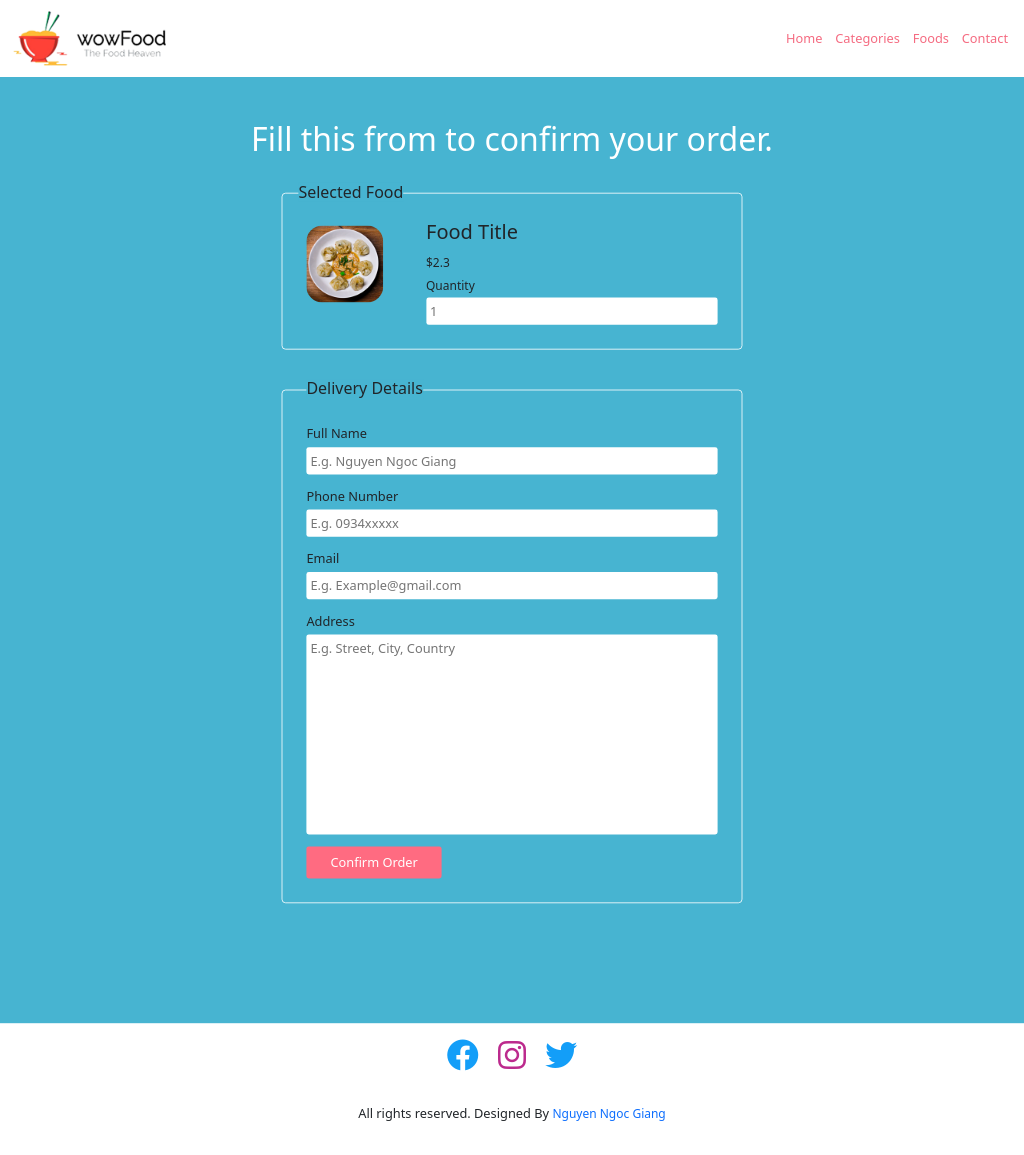
Repository: ruaruababa/RestaurantBS5
Page: http://localhost/html/order-momo.php
The author's editor kept a copy of each file at every save. The page is drawn from the files as they stood at one save, then again after the next save.
The browser window is 1280 px wide. The pictures show the whole page, at 80% of full size.
The page is run by PHP 8.4 with error messages shown; the project is at /var/www/html/.

Above is the page before, as saved 2021-09-26 22:00:05.

### html/order-momo.php
<!DOCTYPE html>
<html lang="en">

<head>
    <meta charset="UTF-8">
    <meta http-equiv="X-UA-Compatible" content="IE=edge">
    <meta name="viewport" content="width=device-width, initial-scale=1.0">

    <title>Order Momo</title>
    <link href="https://cdn.jsdelivr.net/npm/bootstrap@5.1.1/dist/css/bootstrap.min.css" rel="stylesheet"
        integrity="sha384-F3w7mX95PdgyTmZZMECAngseQB83DfGTowi0iMjiWaeVhAn4FJkqJByhZMI3AhiU" crossorigin="anonymous" />
    <link rel="stylesheet" href="https://cdn.jsdelivr.net/npm/bootstrap-icons@1.5.0/font/bootstrap-icons.css" />
    <link rel="stylesheet" href="https://cdnjs.cloudflare.com/ajax/libs/font-awesome/6.0.0-beta2/css/all.min.css"
        integrity="sha512-YWzhKL2whUzgiheMoBFwW8CKV4qpHQAEuvilg9FAn5VJUDwKZZxkJNuGM4XkWuk94WCrrwslk8yWNGmY1EduTA=="
        crossorigin="anonymous" referrerpolicy="no-referrer" />
    <link rel="stylesheet" href=/restaurantbs5/css/style.css />
</head>

<body>
    <!-- header -->
    <nav class="navbar navbar-expand-lg navbar-light bg-light nav-fixed">
        <div class="container-fluid">
            <a class="navbar-brand" href="#">
                <img src="/restaurantbs5/img/logo.png" alt="" />
            </a>
            <button class="navbar-toggler" type="button" data-bs-toggle="collapse"
                data-bs-target="#navbarSupportedContent" aria-controls="navbarSupportedContent" aria-expanded="false"
                aria-label="Toggle navigation">
                <span class="navbar-toggler-icon"></span>
            </button>
            <div class="collapse navbar-collapse" id="navbarSupportedContent">
                <ul class="navbar-nav">
                    <li class="nav-item">
                        <a class="nav-link active nav-link-fixed" aria-current="page" href="/html/index.php">Home</a>
                    </li>
                    <li class="nav-item">
                        <a class="nav-link active nav-link-fixed" aria-current="page" href="/html/categories.php">Categories</a>
                    </li>
                    <li class="nav-item">
                        <a class="nav-link active nav-link-fixed" aria-current="page" href="/html/foods.php">Foods</a>
                    </li>
                    <li class="nav-item">
                        <a class="nav-link active nav-link-fixed" aria-current="page" href="#">Contact</a>
                    </li>
                </ul>
            </div>
        </div>
    </nav>
    <!-- End header -->
    <!-- slider -->
    <div class="slider__order">
        <h3 class="slider__order-heading">Fill this from to confirm your order.</h3>
        <div class="container order">
            <div class="slider__order-selected">
                <h5 class="selected-heading" style="background-color: #47b4d1; display: inline-block;">Selected Food
                </h5>
                <div class="row">
                    <div class="col-lg-3 col-md-3 col-3">
                        <div class="selected__left">
                            <img src="/restaurantbs5/img/menu-momo.jpg" alt="" class="selected-img">
                        </div>
                    </div>
                    <div class="col-lg-9 col-md-9 col-9">
                        <div class="selected__right">
                            <h4 class="selected__right-title">Food Title</h4>
                            <span class="selected__right-price">$2.3</span>
                            <span class="selected__right-quantity">Quantity</span>
                            <input type="number" name="" required id="" placeholder="1" class="quantity-input">
                        </div>
                    </div>
                </div>
            </div>
            <div class="slider__order-delivery">
                <h5 class="delivery-heading">Delivery Details</h5>
                <form action class="deliverydetails">
                    <span class="delivery__title">Full Name</span>
                    <input type="text" name="" required id="" placeholder="E.g. Nguyen Ngoc Giang"
                        class="delivery-input">
                    <span class="delivery__title">Phone Number</span>
                    <input type="number" name="" required id="" placeholder="E.g. 0934xxxxx" class="delivery-input">
                    <span class="delivery__title">Email</span>
                    <input type="email" name="" required id="" placeholder="E.g. Example@gmail.com"
                        class="delivery-input">
                    <span class="delivery__title">Address</span>
                    <textarea name="" id="" cols="30" rows="10" name="" required id=""
                        placeholder="E.g. Street, City, Country" class="delivery-input"
                        style="resize: none;"></textarea>
                    <div>
                        <input type="submit" value="Confirm Order" class="confirm-btn">
                    </div>
                </form>
            </div>

        </div>
    </div>
    <!-- end-slider -->
    <!-- footer -->
    <div class="footer">
        <div class="footer__item">
            <a href="https://vi-vn.facebook.com/">
                <i class="footer__item-icon fab fa-facebook"></i>
            </a>
            <a href="">
                <i class="footer__item-icon2 fab fa-instagram"></i>
            </a>
            <a href="">
                <i class="footer__item-icon fab fa-twitter"></i>
            </a>

        </div>
        <div class="footer__text">
            <span>
                All rights reserved. Designed By&nbsp

            </span>

            <span class="footer__name-dev"><a href="" style="text-decoration: none;">Nguyen Ngoc Giang</a></span>

        </div>
    </div>
    <!-- --end footer -->
    <script src="https://cdn.jsdelivr.net/npm/bootstrap@5.1.1/dist/js/bootstrap.bundle.min.js"
        integrity="sha384-/bQdsTh/da6pkI1MST/rWKFNjaCP5gBSY4sEBT38Q/9RBh9AH40zEOg7Hlq2THRZ" crossorigin="anonymous">
    </script>
</body>

</html>

### css/style.css
body {
    overflow-x: hidden;
}

.nav-fixed {
    background-color: white !important;
    position: fixed;
    width: 100%;
    z-index: 1;
    top: 0;
}

.navbar-collapse {
    justify-content: end;
}

.nav-link-fixed {
    text-align: center;
    color: #f56b81 !important;
}

.border {
    border: none !important;
}

.border-radius {
    border-radius: 10px;
}

.card-body-fixed {
    margin-top: -70px;
    font-size: 24px;
    color: white;
}

/* Fixed Section */

.col-collection{
    width: 30%;
}
.slider__explorefoods {
    margin-bottom: 100px;
}

.slider__heading {
    text-align: center;
    font-size: 40px;
    padding-top: 60px;
    padding-bottom: 35px;
}

.slider__images-title {
    position: relative;
}

.slider__img {
    width: 100%;
    border-radius: 20px;
    cursor: pointer;
}

.slider__img-text {
    position: absolute;
    text-align: center;
    bottom: 10%;
    left: 0;
    right: 0;
    color: while;
    color: white;
    font-size: 20px;
}

/*-- end categogies-- */

/* food-menu */

.slider__foodmenu-bcl {
    background-color: rgb(228, 228, 228);
}

.slider__foodmenu-block {
    display: flex;
    background-color: white;
    border-radius: 10px;
    padding: 20px 0 20px 10px;
    margin: 10px 0;
}

.menu_img {
    padding: 10px;
    padding-left: 20px;
}

.foodmenu-img {
    width: 100%;
    border-radius: 10px;
}

.slider__foodmenu-right {
    margin: 0 10px;
    padding: 10px;
}

.slider__foodmenu-title {
    margin: 5px 0;
}

.slider__foodmenu-price {
    margin-bottom: 5px;
}

.slider__foodmenu-text {
    margin: 5px 0;
    line-height: 1.2rem;
}

.slider__foodmenu-btn {
    margin: 5px 0;
    width: 100px;
    height: 25px;
    background-color: #ff6b81;
    outline: none;
    border: none;
    color: white;
    border-radius: 3px;
    cursor: pointer;
}

.slider__foodmenu-btn:hover {
    background-color: #e294a0;
}

.slider__foodmenu-footer {
    padding: 40px 0;
    text-align: center;
    color: #ff6b81;
}

/* ---End Food-menu-- */

/* ----FOOTER------- */

.footer {
    margin-top: 20px;
}

.footer__item {
    text-align: center;
}

.footer__item a {
    text-decoration: none;
}

.footer__item-icon {
    font-size: 40px;
    margin: 0 20px;
    color: #139ef8;
}

.footer__item-icon2 {
    font-size: 40px;
    color: #bc2a8d;
}

.footer__text {
    display: flex;
    align-items: center;
    justify-content: center;
    margin: 40px 0;
}

.footer__text h3 {
    font-weight: 500;
    font-size: 15px;
}

.footer__name-dev {
    text-decoration: none;
    font-weight: 500;
    font-size: 15px;
    color: #ff6b81;
}

/* order */

.slider__order {
    background-color: #47b4d1;
    width: 100%;
    height: auto;
    padding: 100px 0 150px 0;
}

.slider__order-heading {
    font-size: 40px;
    padding-top: 50px;
    padding-bottom: 35px;
    text-align: center;
    color: #fff;
}

.order {
    max-width: 600px;
    margin: 0 auto;
}

.slider__order-selected {
    border: 1px solid #fff;
    border-radius: 5px;
}

.selected-heading {
    margin-left: 20px;
    font-size: 20px;
    transform: translateY(-14px);
}

.selected__left {
    padding-left: 30px;
    padding-top: 8px;
}

.selected-img {
    width: 100%;
    border-radius: 20px;
}

.selected__right {
    display: flex;
    flex-direction: column;
    padding: 0 30px 30px;
}

.selected__right-title {
    font-size: 25px;
}

.selected__right-price {
    font-size: 15px;
    padding-top: 5px;
}

.selected__right-quantity {
    font-size: 15px;
    padding: 5px 0;
}

.quantity-input {
    padding: 5px;
    outline: none;
    border: none;
    border-radius: 3px;
    width: 100%;
}

.slider__order-delivery {
    border: 1px solid #fff;
    margin-top: 50px;
    padding: 10px 30px 30px 30px;
    border-radius: 5px;
}

.delivery-heading {
    transform: translateY(-24px);
    font-size: 20px;
    display: inline-block;
    background-color: #47b4d1;
}

.deliverydetails {
    display: flex;
    flex-direction: column;
}

.delivery__title {
    padding-bottom: 5px;
}

.delivery-input {
    padding: 5px;
    margin-bottom: 15px;
    outline: none;
    border: none;
    border-radius: 3px;
}

.confirm-btn {
    outline: none;
    background-color: #ff6b81;
    border: none;
    color: #fff;
    padding: 8px 30px;
    border-radius: 3px;
    cursor: pointer;
}

.confirm-btn:hover {
    background-color: #ca7f8a;
}

/* Animation */

li {
    transition: all 0.2s ease 0s;
}

ul:hover li {
    filter: blur(3px);
    opacity: 0.5;
    transform: scale(0.98);
    box-shadow: none;
}

ul:hover li:hover {
    transform: scale(1.1);
    filter: blur(0px);
    opacity: 1;
    box-shadow: 0 8px 20px 0px rgba(0, 0, 0, 0.125);
}

.hover-blur-item {
    transition: all 0.2s ease 0s;
    padding: 0;
}

.hover-blur:hover .hover-blur-item {
    filter: blur(3px);
    opacity: 0.5;
    transform: scale(0.98);
    box-shadow: none;
}

.hover-blur:hover>.hover-blur-item:hover {
    transform: scale(1.1);
    filter: blur(0px);
    opacity: 1;
    box-shadow: 0 8px 20px 0px rgba(0, 0, 0, 0.125);
}

After the next save:
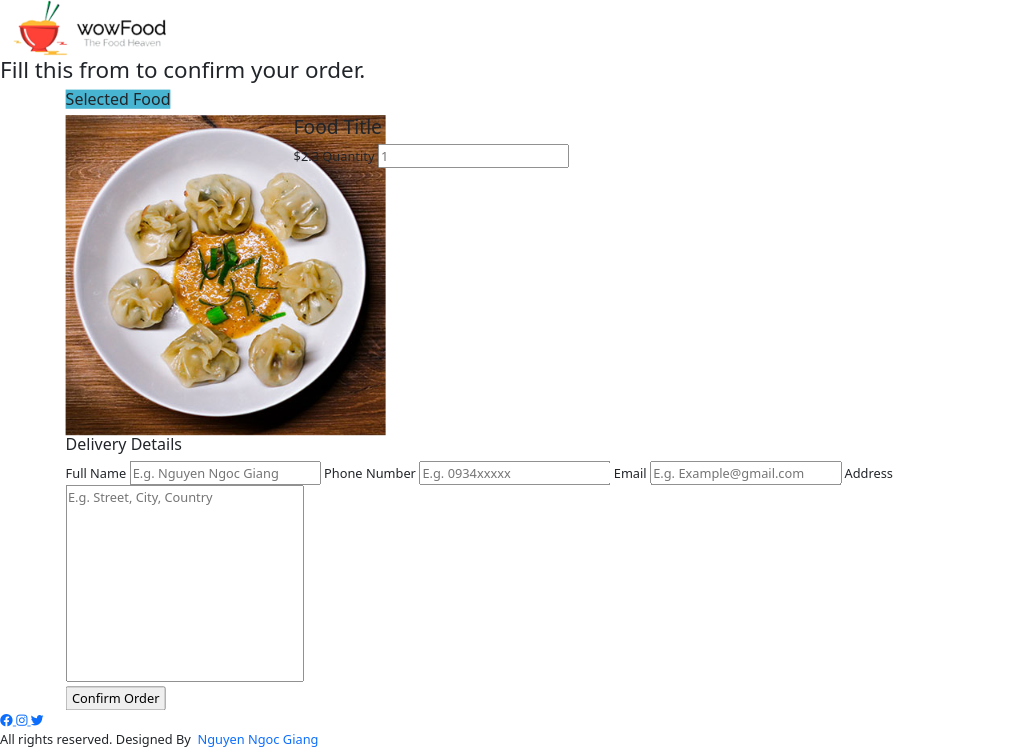
Saved 34 s later.
--- a/html/order-momo.php
+++ b/html/order-momo.php
@@ -13,7 +13,7 @@
     <link rel="stylesheet" href="https://cdnjs.cloudflare.com/ajax/libs/font-awesome/6.0.0-beta2/css/all.min.css"
         integrity="sha512-YWzhKL2whUzgiheMoBFwW8CKV4qpHQAEuvilg9FAn5VJUDwKZZxkJNuGM4XkWuk94WCrrwslk8yWNGmY1EduTA=="
         crossorigin="anonymous" referrerpolicy="no-referrer" />
-    <link rel="stylesheet" href=/restaurantbs5/css/style.css />
+    <link rel="stylesheet" href="/restaurantbs5/css/style.css />
 </head>
 
 <body>

After the save that followed:
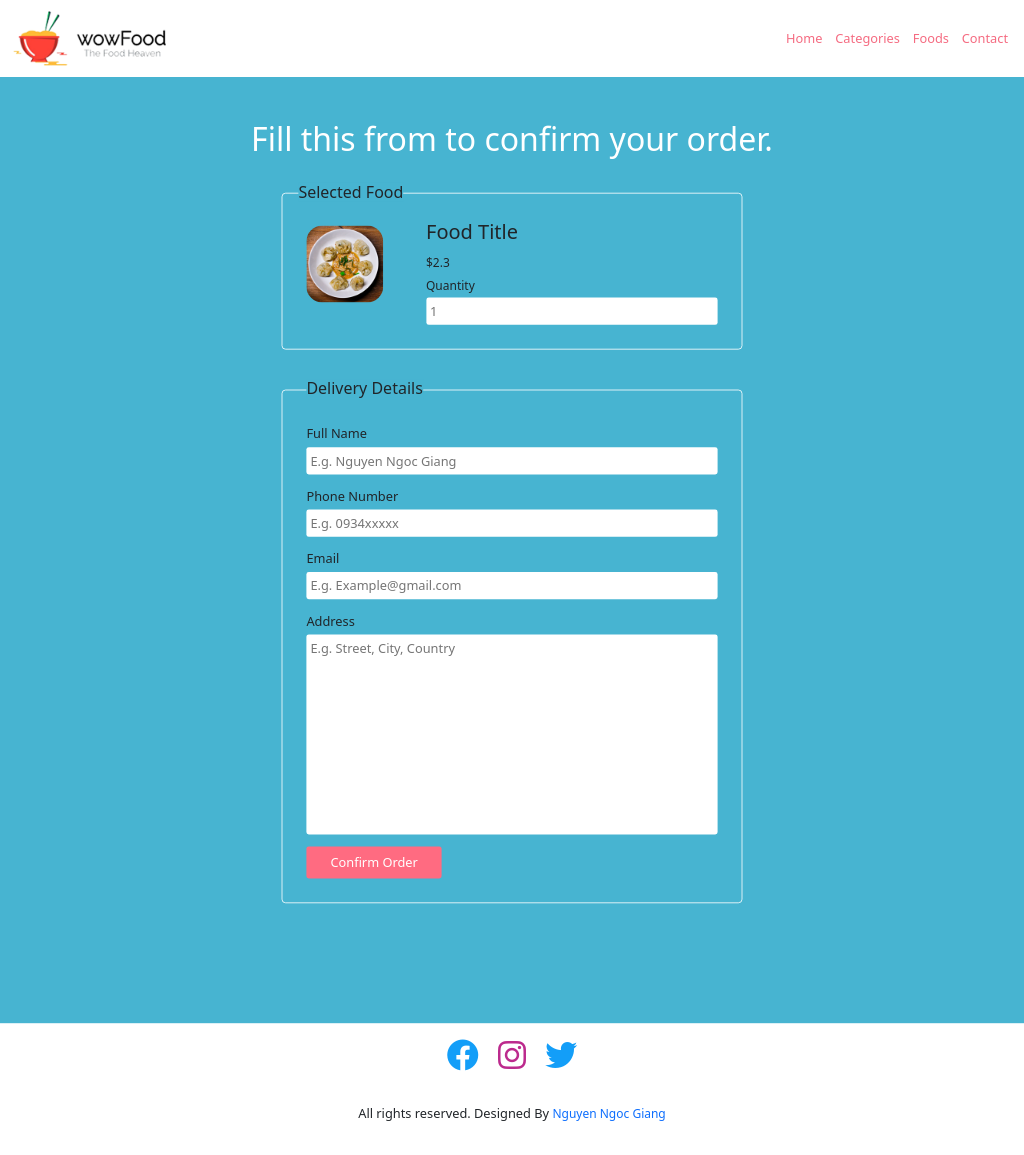
Saved 4 s later.
--- a/html/order-momo.php
+++ b/html/order-momo.php
@@ -13,7 +13,7 @@
     <link rel="stylesheet" href="https://cdnjs.cloudflare.com/ajax/libs/font-awesome/6.0.0-beta2/css/all.min.css"
         integrity="sha512-YWzhKL2whUzgiheMoBFwW8CKV4qpHQAEuvilg9FAn5VJUDwKZZxkJNuGM4XkWuk94WCrrwslk8yWNGmY1EduTA=="
         crossorigin="anonymous" referrerpolicy="no-referrer" />
-    <link rel="stylesheet" href="/restaurantbs5/css/style.css />
+    <link rel="stylesheet" href="/restaurantbs5/css/style.css" />
 </head>
 
 <body>
